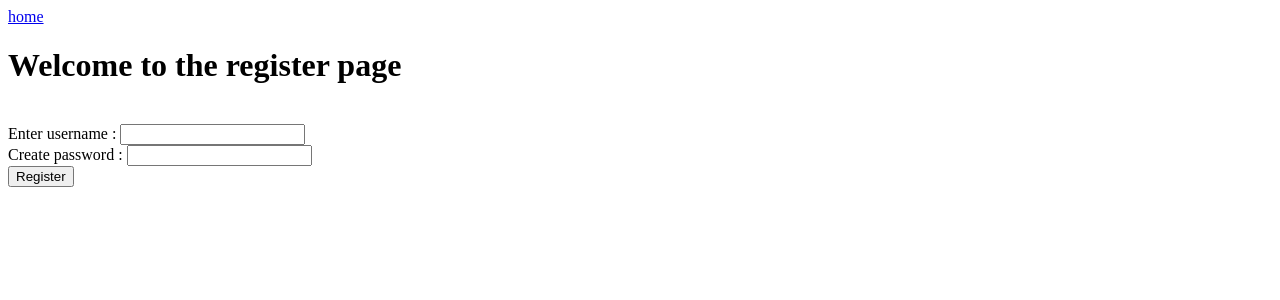
Repository: Sourabh-Gautam/epam-hometask
Page: http://localhost/onlinequizmanagement/view/registerpage.jsp
An editor plug-in stored every save of this project. The page is shown before and after the next save, followed by the edit.
The browser window is 1280 px wide. The pictures show the whole page.
The page is served by Tomcat 9.

Above is the page before, as saved 2022-11-09 16:07:33.

After the next save:
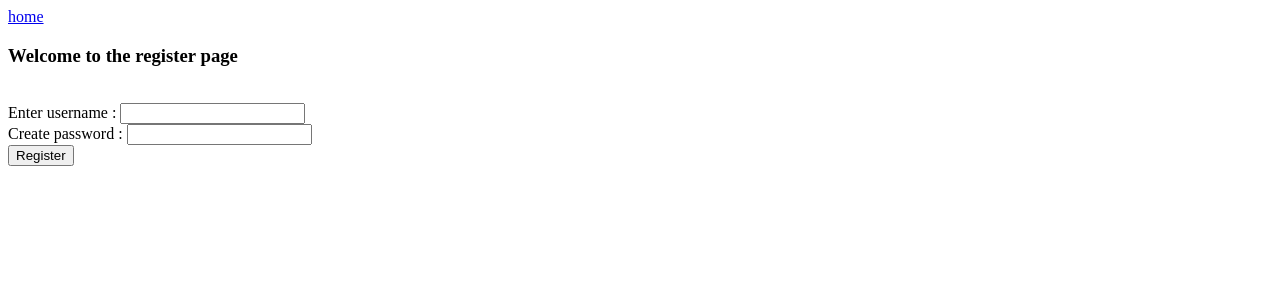
Saved 10 s later.
--- a/Spring/Spring Boot Web/onlinequizmanagement/src/main/webapp/view/registerpage.jsp
+++ b/Spring/Spring Boot Web/onlinequizmanagement/src/main/webapp/view/registerpage.jsp
@@ -11,7 +11,7 @@
 	<div>
 		<span><a href="/">home</a></span>
 	</div>
-	<h1>Welcome to the register page</h1>
+	<h3>Welcome to the register page</h3>
 	<br />
 	<form action="/user/register" , method="post">
 		Enter username : <input type="text" name="username" /><br /> Create
